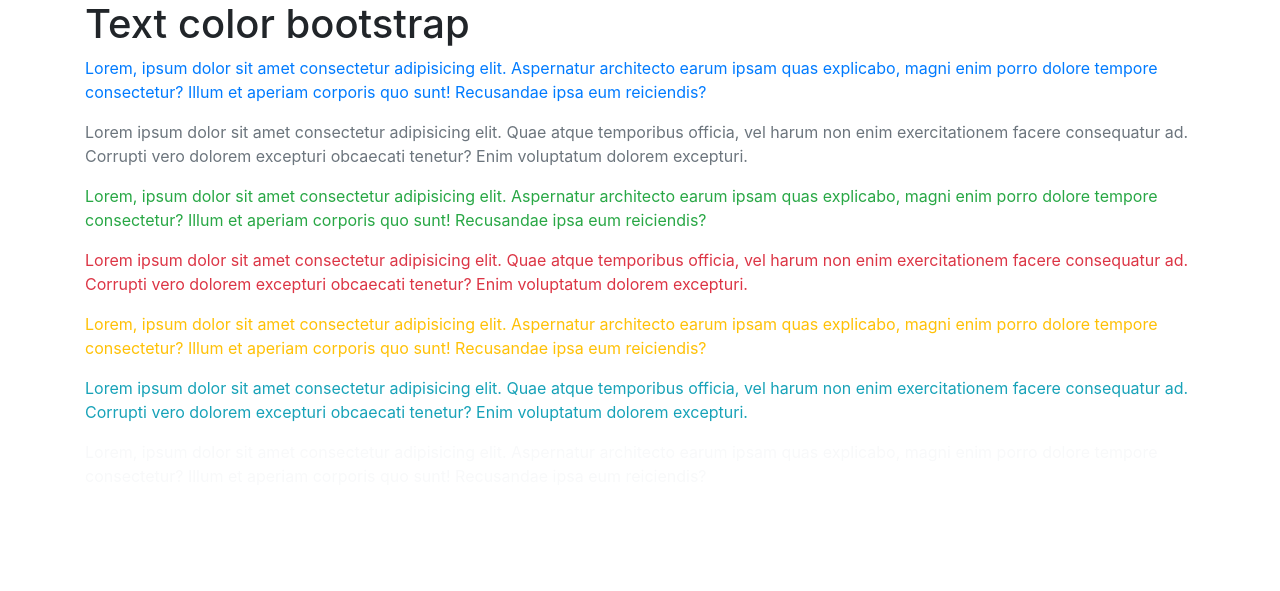
Repository: anhtu2110/front_end
Page: lesson/bootstrap/text-images/3.3-text-color.html
The author's editor kept a copy of each file at every save. The page is drawn from the files as they stood at one save, then again after the next save.
The browser window is 1280 px wide. The pictures show the whole page.

Above is the page before, as saved 2022-12-01 23:27:27.

### lesson/bootstrap/text-images/3.3-text-color.html
<!DOCTYPE html>
<html lang="en">
  <head>
    <meta charset="UTF-8" />
    <meta http-equiv="X-UA-Compatible" content="IE=edge" />
    <meta name="viewport" content="width=device-width, initial-scale=1.0" />
    <link rel="stylesheet" href="./bootstrap/css/bootstrap.min.css" />
    <title>Text color bootstrap</title>
  </head>
  <body>
    <div class="container">
      <div class="row">
        <div class="col-md-12">
          <h1 class="">Text color bootstrap</h1>
          <p class="text-primary">
            Lorem, ipsum dolor sit amet consectetur adipisicing elit. Aspernatur
            architecto earum ipsam quas explicabo, magni enim porro dolore
            tempore consectetur? Illum et aperiam corporis quo sunt! Recusandae
            ipsa eum reiciendis?
          </p>
          <p class="text-secondary">
            Lorem ipsum dolor sit amet consectetur adipisicing elit. Quae atque
            temporibus officia, vel harum non enim exercitationem facere
            consequatur ad. Corrupti vero dolorem excepturi obcaecati tenetur?
            Enim voluptatum dolorem excepturi.
          </p>
          <p class="text-success">
            Lorem, ipsum dolor sit amet consectetur adipisicing elit. Aspernatur
            architecto earum ipsam quas explicabo, magni enim porro dolore
            tempore consectetur? Illum et aperiam corporis quo sunt! Recusandae
            ipsa eum reiciendis?
          </p>
          <p class="text-danger">
            Lorem ipsum dolor sit amet consectetur adipisicing elit. Quae atque
            temporibus officia, vel harum non enim exercitationem facere
            consequatur ad. Corrupti vero dolorem excepturi obcaecati tenetur?
            Enim voluptatum dolorem excepturi.
          </p>
          <p class="text-warning">
            Lorem, ipsum dolor sit amet consectetur adipisicing elit. Aspernatur
            architecto earum ipsam quas explicabo, magni enim porro dolore
            tempore consectetur? Illum et aperiam corporis quo sunt! Recusandae
            ipsa eum reiciendis?
          </p>
          <p class="text-info">
            Lorem ipsum dolor sit amet consectetur adipisicing elit. Quae atque
            temporibus officia, vel harum non enim exercitationem facere
            consequatur ad. Corrupti vero dolorem excepturi obcaecati tenetur?
            Enim voluptatum dolorem excepturi.
          </p>
          <p class="text-light">
            Lorem, ipsum dolor sit amet consectetur adipisicing elit. Aspernatur
            architecto earum ipsam quas explicabo, magni enim porro dolore
            tempore consectetur? Illum et aperiam corporis quo sunt! Recusandae
            ipsa eum reiciendis?
          </p>
          <p class="text-white">
            Lorem ipsum dolor sit amet consectetur adipisicing elit. Quae atque
            temporibus officia, vel harum non enim exercitationem facere
            consequatur ad. Corrupti vero dolorem excepturi obcaecati tenetur?
            Enim voluptatum dolorem excepturi.
          </p>
        </div>
      </div>
    </div>
    <script src="js/jquery-3.6.1.min.js"></script>
    <script src="js/popper.min.js"></script>
    <script src="./bootstrap/js/bootstrap.min.js"></script>
  </body>
</html>

Loaded but not shown: lesson/bootstrap/text-images/bootstrap/css/bootstrap.min.css (library); lesson/bootstrap/text-images/js/jquery-3.6.1.min.js (library); lesson/bootstrap/text-images/js/popper.min.js (library); lesson/bootstrap/text-images/bootstrap/js/bootstrap.min.js (library)

After the next save:
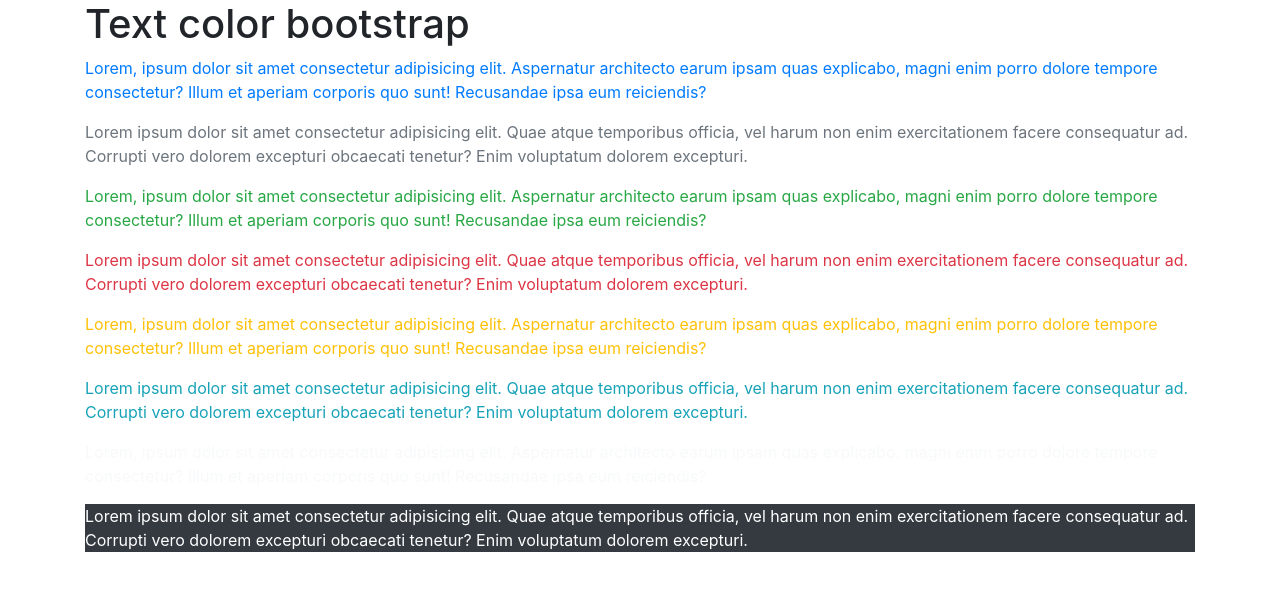
Saved 14 s later.
--- a/lesson/bootstrap/text-images/3.3-text-color.html
+++ b/lesson/bootstrap/text-images/3.3-text-color.html
@@ -54,7 +54,7 @@
             tempore consectetur? Illum et aperiam corporis quo sunt! Recusandae
             ipsa eum reiciendis?
           </p>
-          <p class="text-white">
+          <p class="text-white bg-dark">
             Lorem ipsum dolor sit amet consectetur adipisicing elit. Quae atque
             temporibus officia, vel harum non enim exercitationem facere
             consequatur ad. Corrupti vero dolorem excepturi obcaecati tenetur?
